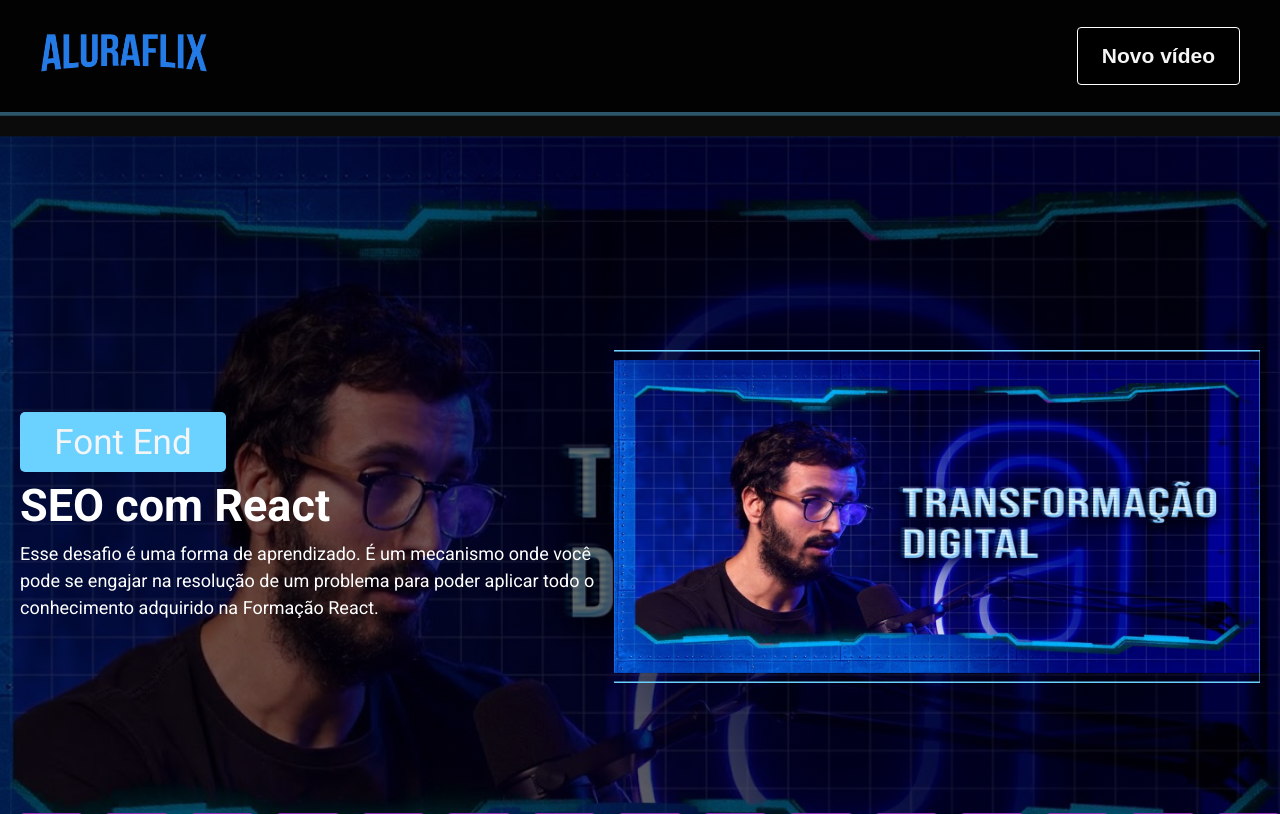
Repository: CarlosEduardoVdeOliveira/aluraflix
Page: /
The author's editor kept a copy of each file at every save. The page is drawn from the files as they stood at one save, then again after the next save.
The browser window is 1280 px wide. The pictures show the part of the page from y = 0 to 814 px (the page is 1285 px tall).
Pictures or frames that could not be fetched are drawn as grey boxes. The project was rebuilt for these pictures with package versions that can differ from the ones it lists, and the page was loaded fresh each time. Also part of the build but not shown: vite.config.js, src/pages/RegisterVideo/index.jsx, src/pages/RegisterCategory/index.jsx.

Above is the page before, as saved 2023-09-20 16:06:47.

After the next save:
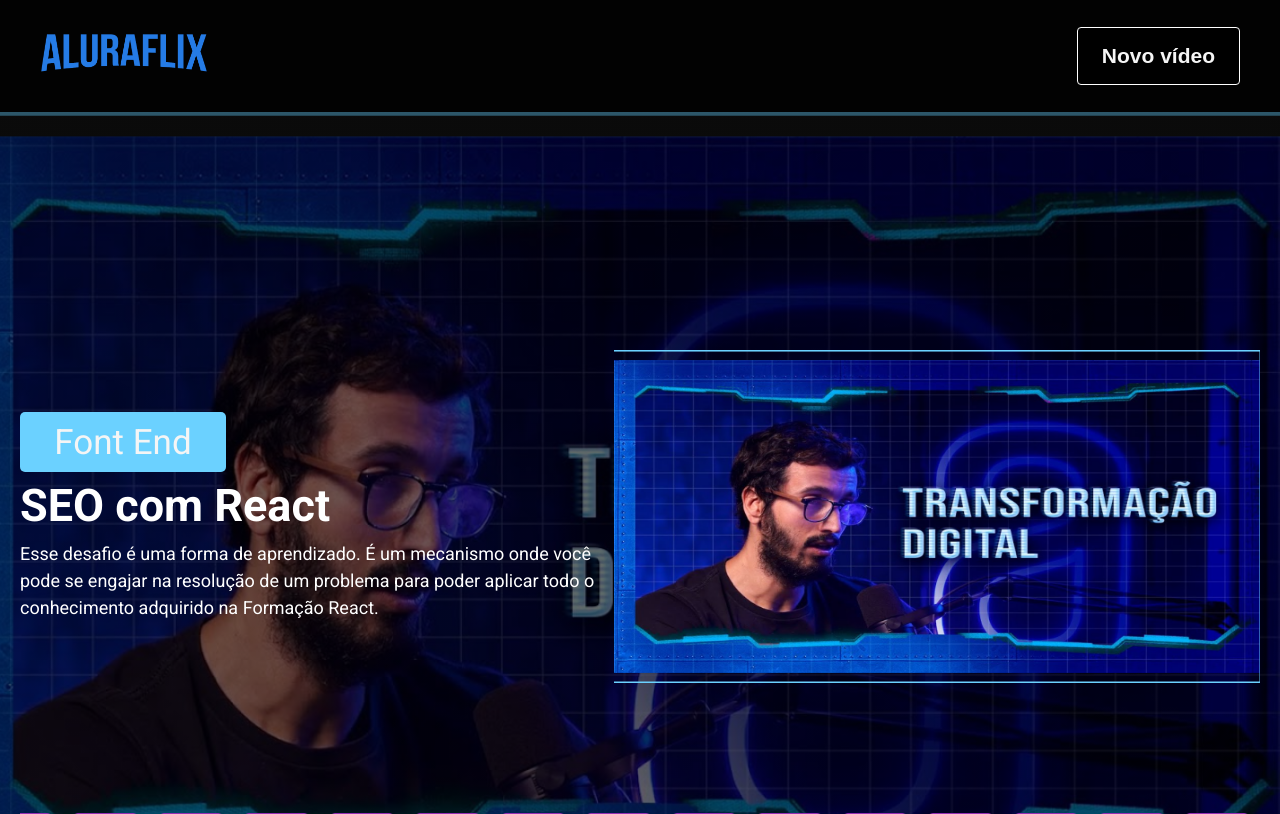
Saved 7 s later.
--- a/src/components/Card/Card.module.css
+++ b/src/components/Card/Card.module.css
@@ -19,3 +19,21 @@
   height: 260px;
   border-radius: .25rem;
 }
+
+@keyframes slideAnimation {
+  from {
+    transform: translateX(0);
+  }
+  to {
+    transform: translateX(-50%); /* Isso move o slide para a esquerda */
+  }
+}
+HTML:
+Agora, no seu HTML, você pode usar os estilos definidos acima:
+
+html
+Copy code
+<div class="slide-container">
+  <div class="slide"></div>
+</div>
+Isso criará um slide que se estende 50% para fora da tela sem mostrar a barra de rolagem. A animação desliza o slide para a esquerda até que 50% esteja fora da tela e depois volta. Você pode ajustar os valores conforme necessário para obter o efeito desejado.
